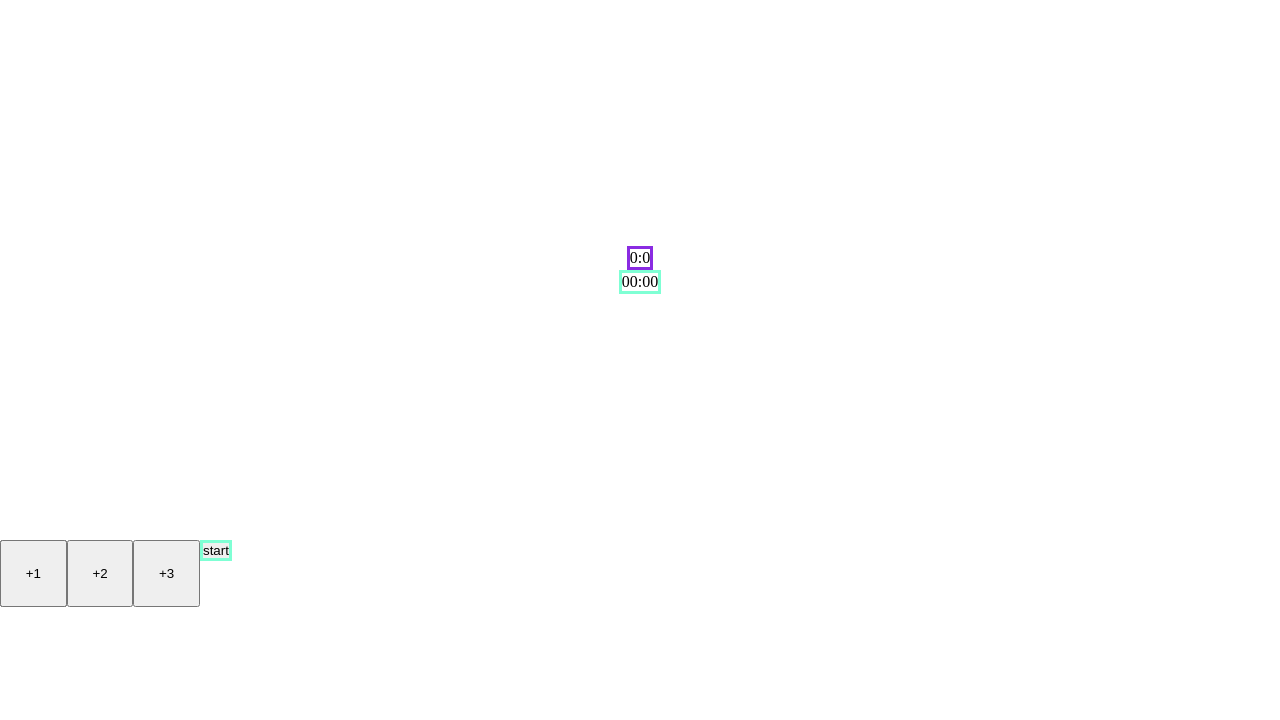
Repository: bollo89/scoreBoard
Page: index.html
The author's editor kept a copy of each file at every save. The page is drawn from the files as they stood at one save, then again after the next save.
The browser window is 1280 px wide. The pictures show the whole page.

Above is the page before, as saved 2022-01-25 11:25:32.
Console error: TypeError: Cannot set properties of null (setting 'innerHTML')

### index.html
<!DOCTYPE html>
<html lang="en">
<head>
    <meta charset="UTF-8">
    <meta http-equiv="X-UA-Compatible" content="IE=edge">
    <meta name="viewport" content="width=device-width, initial-scale=1.0">
    <link rel="stylesheet" href="./style.css">
    <title>Document</title>
</head>
<body>
    <section class="tablica">
        <div class="wynik">
            <div class="home"></div>
            <div class="colon">:</div>
            <div class="away"></div>
        </div>
        <div class="timer">00:00</div>
    </section>
    <section class="menu">
        <section class="btnsH">
            <div><button class="btn1h">+1</button></div>
            <div><button class="btn2h">+2</button></div>
            <div><button class="btn3h">+3</button></div>
        </section>
        <section class="btnsA">
            <div></div><button class="btn1a">+1</button></div>
            <div></div><button class="btn2a">+2</button></div>
            <div></div><button class="btn3a">+3</button></div>
        </section>
        <section class="centralMenu">
            <button class="timer">start</button>
        </section>
</section>
<script src="./script.js"></script>
</body>
</html>

### style.css
* {
    margin: 0;
    padding: 0;
}
.tablica {
    height: 75vh;
    width: 100%;
    display: flex;
    flex-direction: column;
    align-items: center;
    justify-content: center;
}

.wynik {
    display: flex;
    flex-direction: row;
    border: 3px solid blueviolet;
}
.timer {
    border: 3px solid aquamarine;
}

.menu {
    height: 25vh;
    width: 100%;
    display: flex;

    font-size: 0;
}
.btnsH {
display: flex;
justify-content: flex-start;
}
.btnsA {
    display: flex;
    justify-content: flex-end;
}
.btnsH div {
    width: 3em;
}
.btnsA div {
    width: 3em;
}
.btn1h , .btn2h , .btn3h , .btn1a , .btn2a , .btn3a{
    height: 5em;
    width: 5em;
}

### script.js
let home = document.querySelector('.home');
let n = 0;
home.innerHTML = n;

let away = document.querySelector('.away');
let m = 0;
away.innerHTML = m;

let btn1h = document.querySelector('.btn1h');
let btn2h = document.querySelector('.btn2h');
let btn3h = document.querySelector('.btn3h');
let btn1a = document.querySelector('.btn1a');
let btn2a = document.querySelector('.btn2a');
let btn3a = document.querySelector('.btn3a');
//punkty po lewej
function score1home() {
    n+=1;
    home.innerHTML = n;
    console.log(n);
}
function score2home() {
    n+=2;
    home.innerHTML = n;
    console.log(n);
}
function score3home() {
    n+=3;
    home.innerHTML = n;
    console.log(n);
}
//punkty po prawej
function score1away() {
    m+=1;
    away.innerHTML = m;
    console.log(m);
}
function score2away() {
    m+=2;
    away.innerHTML = m;
    console.log(m);
}
function score3away() {
    m+=3;
    away.innerHTML = m;
    console.log(m);
}

//przyciskibtn1.addEventListener('click',score1home,false);
btn1h.addEventListener('click',score1home,false);
btn2h.addEventListener('click',score2home,false);
btn3h.addEventListener('click',score3home,false);
btn1a.addEventListener('click',score1away,false);
btn2a.addEventListener('click',score2away,false);
btn3a.addEventListener('click',score3away,false);

setInterval(myTimer, 1000);

function myTimer() {
  const d = new Date();
  document.querySelector("timer").innerHTML = d.toLocaleTimeString();
}

After the next save:
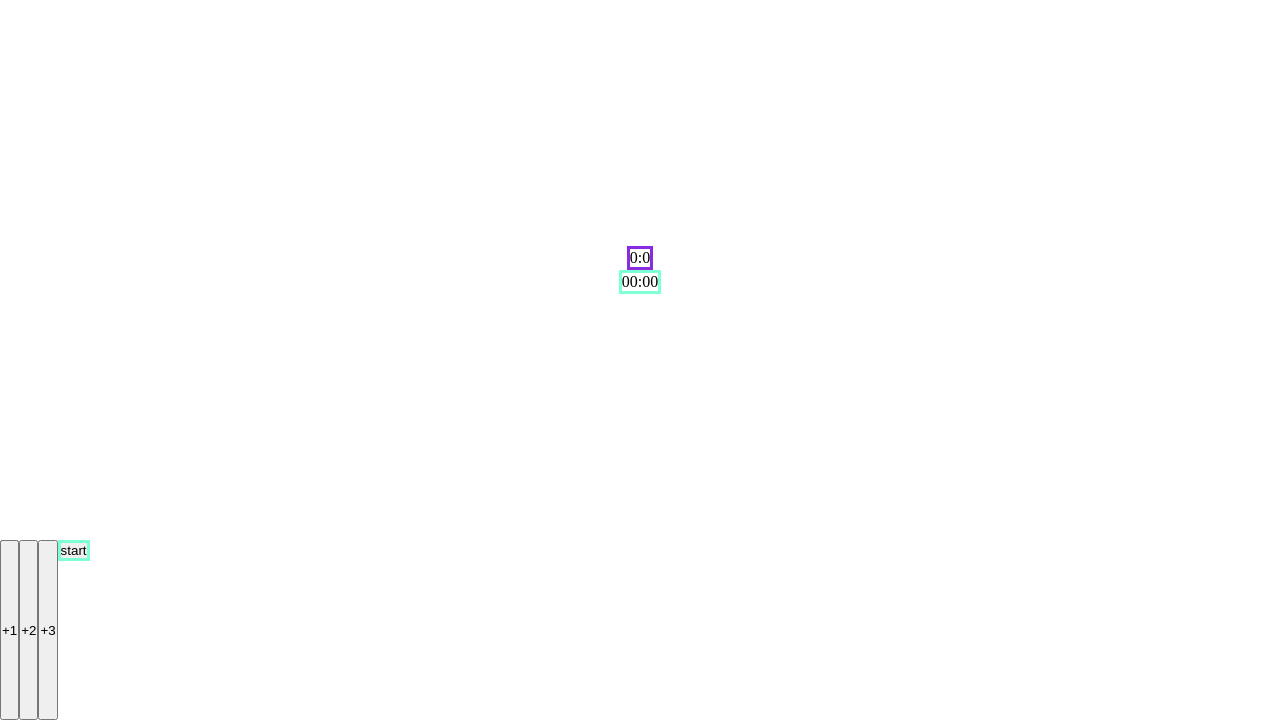
Saved 38 s later.
--- a/style.css
+++ b/style.css
@@ -41,7 +41,3 @@ justify-content: flex-start;
 .btnsA div {
     width: 3em;
 }
-.btn1h , .btn2h , .btn3h , .btn1a , .btn2a , .btn3a{
-    height: 5em;
-    width: 5em;
-}
